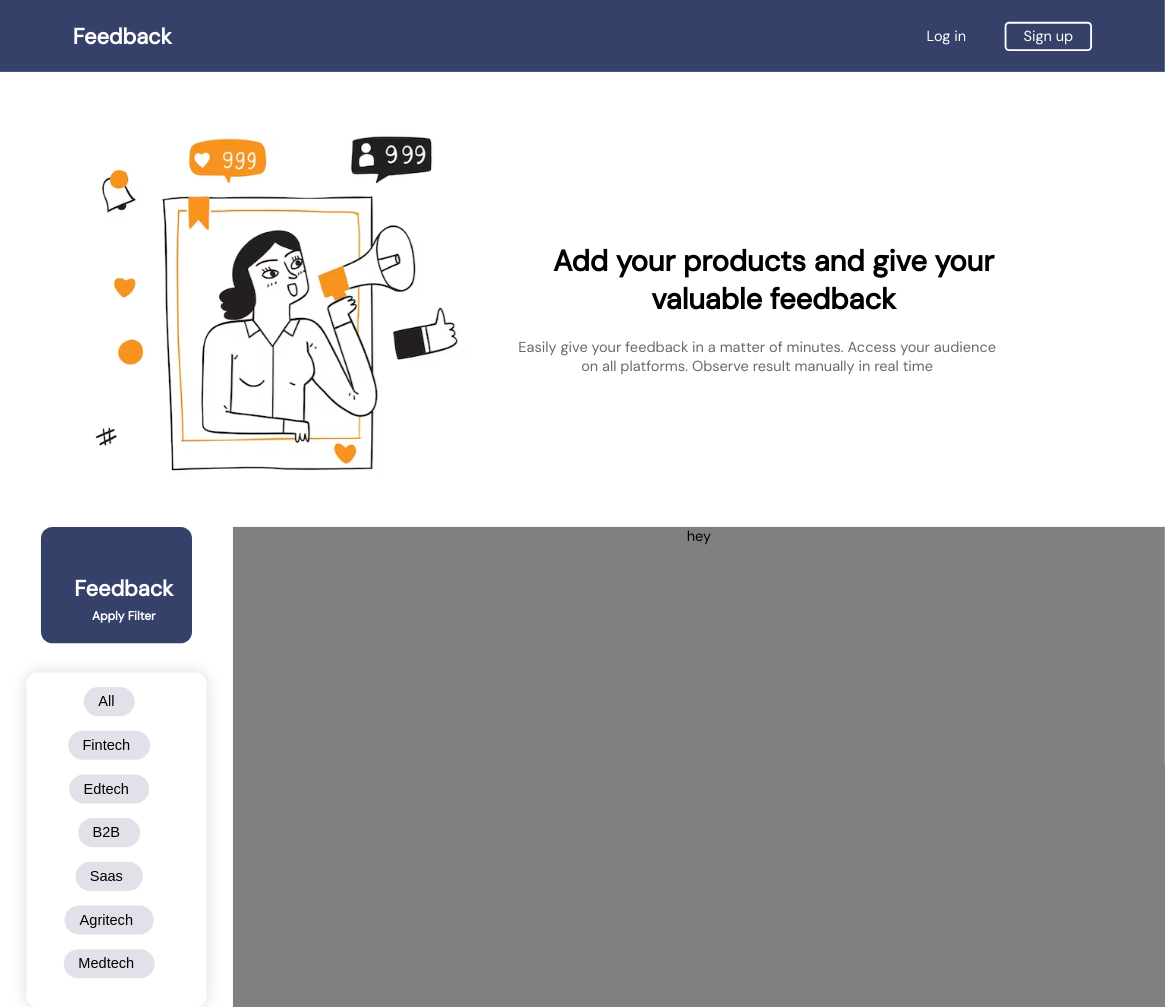
Repository: drumsmanku/final-evaluation-test
Page: / (app in client/)
The author's editor kept a copy of each file at every save. The page is drawn from the files as they stood at one save, then again after the next save.
The browser window is 1280 px wide. The pictures show the whole page, at 91% of full size.
The page's requests for data from a server got no answer. The project was rebuilt for these pictures with package versions that can differ from the ones it lists, and the page was loaded fresh each time. No one was signed in, and anything a server would have sent is missing.

Above is the page before, as saved 2023-07-29 11:43:58.

### client/src/App.js
import './App.css';
import { BrowserRouter as Router, Route, Routes} from 'react-router-dom';
import MainPage from './Components/MainPage';
function App() {
  return (
    <div className="App">
      <Router>
        <Routes>
          <Route path='/' element={<MainPage/>}/>


        </Routes>
      </Router>
    </div>
  );
}

export default App;

### client/src/Components/MainPage.js
import React, {useState, useEffect} from 'react';
import '../CSS/MainPage.css';
import profile from'../Assets/profilepic.webp';
import img1 from '../Assets/frontphoto.png';
import axios from 'axios';

const buttonTitles=['All', 'Fintech', 'Edtech', 'B2B', 'Saas', 'Agritech', 'Medtech'];
const buttonStyles={
  padding:'0.2rem 1.4rem 0.2rem 1rem',
  backgroundColor:'#36416A26',
  fontSize:'medium',
  borderRadius:'1rem',
  border:'none',
  margin:'0 1rem 1rem 0',
  height:'2rem',
  textAlign:'center',
}

function MainPage() {
  const [categorySet, setCategorySet]=useState([])
  const [isLoggedIn, setIsLoggedIn]=useState(false);
  const [products, setProdcts]=useState([])
  useEffect(()=>{
    const User=localStorage.getItem('user');
    if(User){
      setIsLoggedIn(true);
    }

  }, []);
  const handleLogout=()=>{
    localStorage.removeItem('user');
    setIsLoggedIn(false);
  }
  const handleCategoryClick=(event)=>{
    const currentCat=event.target.value;
    if(!categorySet.includes(currentCat)){
      setCategorySet([...categorySet, event.target.value]);
    }
    else{
      setCategorySet(categorySet.filter(cat=>cat!=currentCat))
    }

  }

  useEffect(()=>{
    const category=categorySet
    axios.get(`http://localhost/4000/get-prods?category=${category.join(',')}`)
    .then((res)=>{setProdcts(res.data.products)})
    .catch(err=>console.log(err))

  }, [categorySet])

  return (
    <div className='main-container'>
      <div className="main-top-container">
        <div className='navbar' >
          <div style={{display:'flex',width:'100%', justifyContent:' space-between', alignItems:'center',}}>
          <h3 style={{marginLeft:'5rem', color:'white', fontSize:'1.5rem'}}>Feedback</h3>
          <div style={{display:'flex', marginRight:'5rem'}}>
              {isLoggedIn ? (
                <>
                  <button style={{background:'none', fontSize:'large', border:'none', fontFamily:'DM Sans', color:'white'}} onClick={handleLogout}>Logout</button>
                  <span style={{color:'white', fontFamily:'DM Sans', fontSize:'large', display:'flex', alignItems:'center', marginLeft:'1rem'}}>Hello!</span>
                  <img src={profile} alt="" height={50} width={50} style={{borderRadius:'100%', marginLeft:'1rem'}} />
                </>
              ) : (
                <>
                  <button className='btn-main-page-login' type='submit'  >Log in</button>
                  <button type='submit'  className='btn-main-page-register' >Sign up</button>
                </>
              )}
            </div>
          </div>
        </div>
        <div className="title-desc">
          <img src={img1} alt="" height={500} style={{marginLeft:'3rem'}}/>
          <div style={{display:'flex', flexDirection:'column', marginLeft:'2rem'}}>
              <h1 style={{maxWidth:'80%'}}> Add your products and give your valuable feedback</h1>
              <span style={{maxWidth:'75%', color:'#6A6A6A'}}>Easily give your feedback in a matter of minutes. Access your audience on all platforms. Observe result manually in real time</span>
          </div>
        </div>
      </div>
      <div className="main-bottom-container">
        <div className="bottom-left">
          <article style={{backgroundColor:'#36416A', width:'65%', color:'white', paddingTop:'2rem', borderRadius:'0.8rem', marginBottom:'2rem'}}>
            <h2 style={{marginBottom:'0.4rem',marginLeft:'1rem'}}>Feedback</h2>
            <h5 style={{marginTop:0, marginLeft:'1rem'}}>Apply Filter</h5>
          </article>
          <article style={{width:'65%', borderRadius:'0.8rem', padding:'1rem', boxShadow:'0 0 17px #00000026'}}>
             {buttonTitles.map((title, idx)=>(
              <button value={title} onClick={handleCategoryClick} style={{...buttonStyles}} key={idx}>{title}</button>
             ))}
          </article>
        </div>
        <div className="bottom-right">
          hey
        </div>
      </div>
    </div>
  )
}

export default MainPage

### client/src/CSS/MainPage.css
@import url('https://fonts.googleapis.com/css2?family=DM+Sans&display=swap');

body{
  font-family: 'DM Sans';
}
.main-container{
  height: 100vh;
  width: 100vw;
  display: flex;
  flex-direction: column;

}
.main-top-container{
  width: 100%;
}
.btn-main-page-login{
  height: 2rem;
  width: 6rem;
  font-weight: 500;
  font-size: medium ;
  background: none;
  border: none;
  border-radius: 0.3rem;
  margin-left: 1rem;
  margin-bottom:0;
  color: white;
  font-family: 'DM Sans';
  cursor: pointer;
}
.btn-main-page-register{
  height: 2rem;
  width: 6rem;
  font-size: medium;
  font-weight: 500;
  background-color: #36416A;
  border: 2px solid white;
  border-radius: 0.3rem;
  margin-left: 1rem;
  margin-bottom:0;
  color: white;
  font-family: 'DM Sans';
  cursor: pointer;
}
.navbar{
  width: 100%;
  background-color: #36416A;
}
.title-desc{
  width: 100%;
  display: flex;
  align-items: center;
  justify-content: space-around;

}
.bottom-left{
  width: 20%;
  display: flex;
  flex-direction: column;
  align-items: center;

}
.bottom-right{
  width: 80%;
  background-color: gray;
}
.main-bottom-container{
  width:100%;
  display: flex;
}

Loaded but not shown: client/public/index.html (common file); client/src/index.js (common file); client/src/index.css (common file); client/src/App.css (common file)

After the next save:
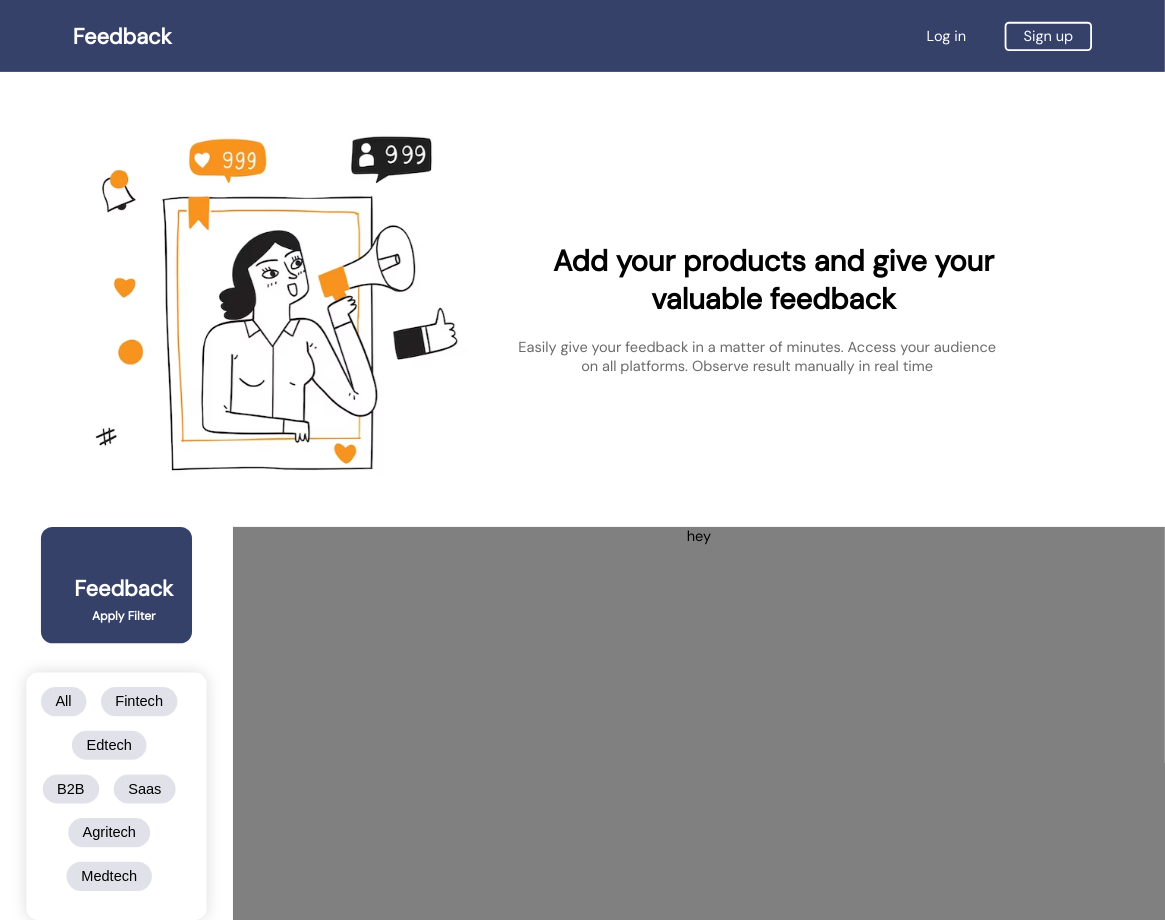
Saved 8 s later.
--- a/client/src/Components/MainPage.js
+++ b/client/src/Components/MainPage.js
@@ -6,7 +6,7 @@ import axios from 'axios';
 
 const buttonTitles=['All', 'Fintech', 'Edtech', 'B2B', 'Saas', 'Agritech', 'Medtech'];
 const buttonStyles={
-  padding:'0.2rem 1.4rem 0.2rem 1rem',
+  padding:'0.2rem 1rem 0.2rem 1rem',
   backgroundColor:'#36416A26',
   fontSize:'medium',
   borderRadius:'1rem',
